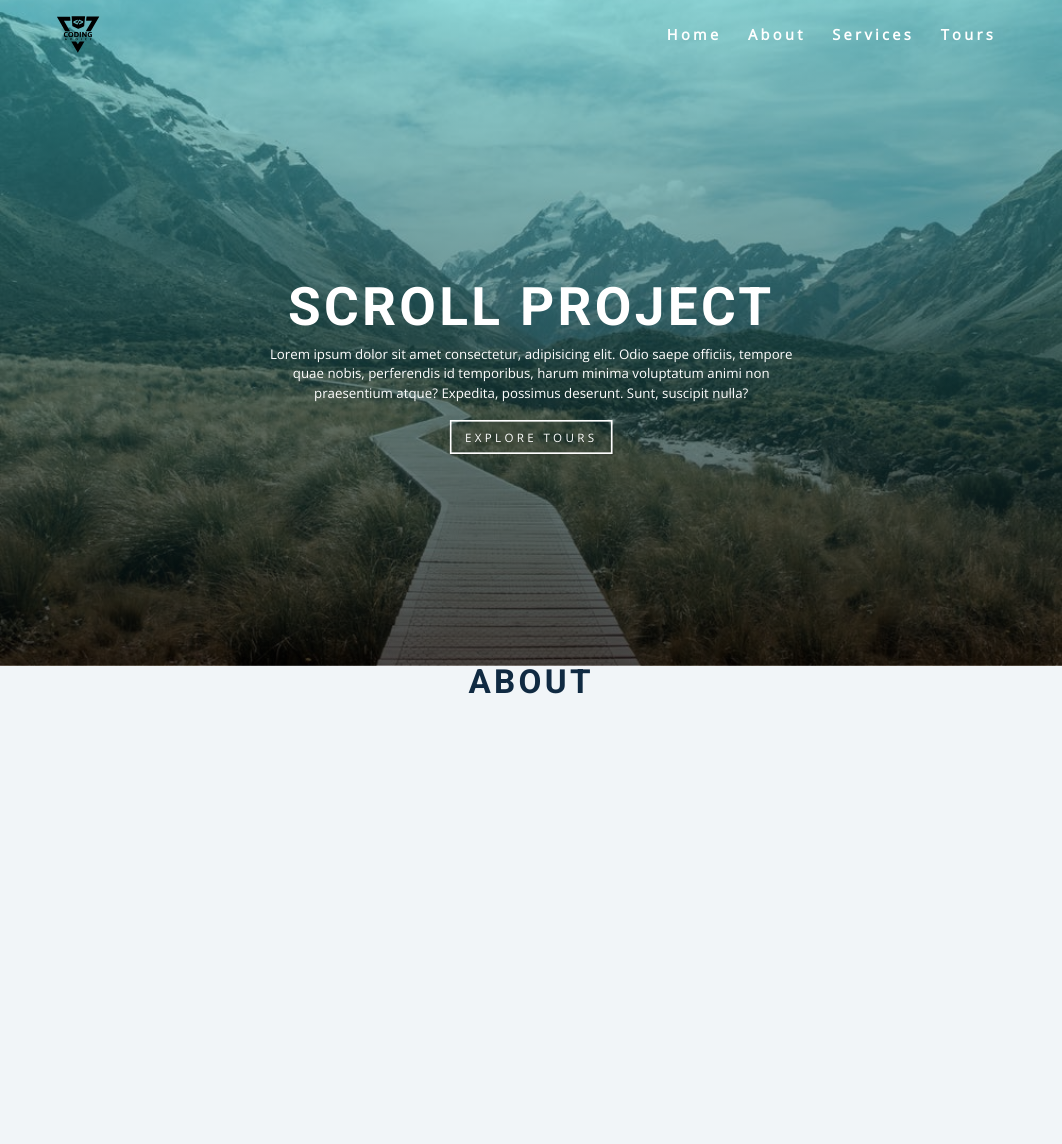
Repository: spidero7/Scroll
Page: index.html
These files come from the project's save history. The page is drawn as it stood at one moment and after a run of saves; the edit follows.
The browser window is 1280 px wide. The pictures show the whole page, at 83% of full size.
Some web libraries are served in a nearby version.

Above is the page before, as saved 2021-10-07 07:03:13.

After the next 3 saves:
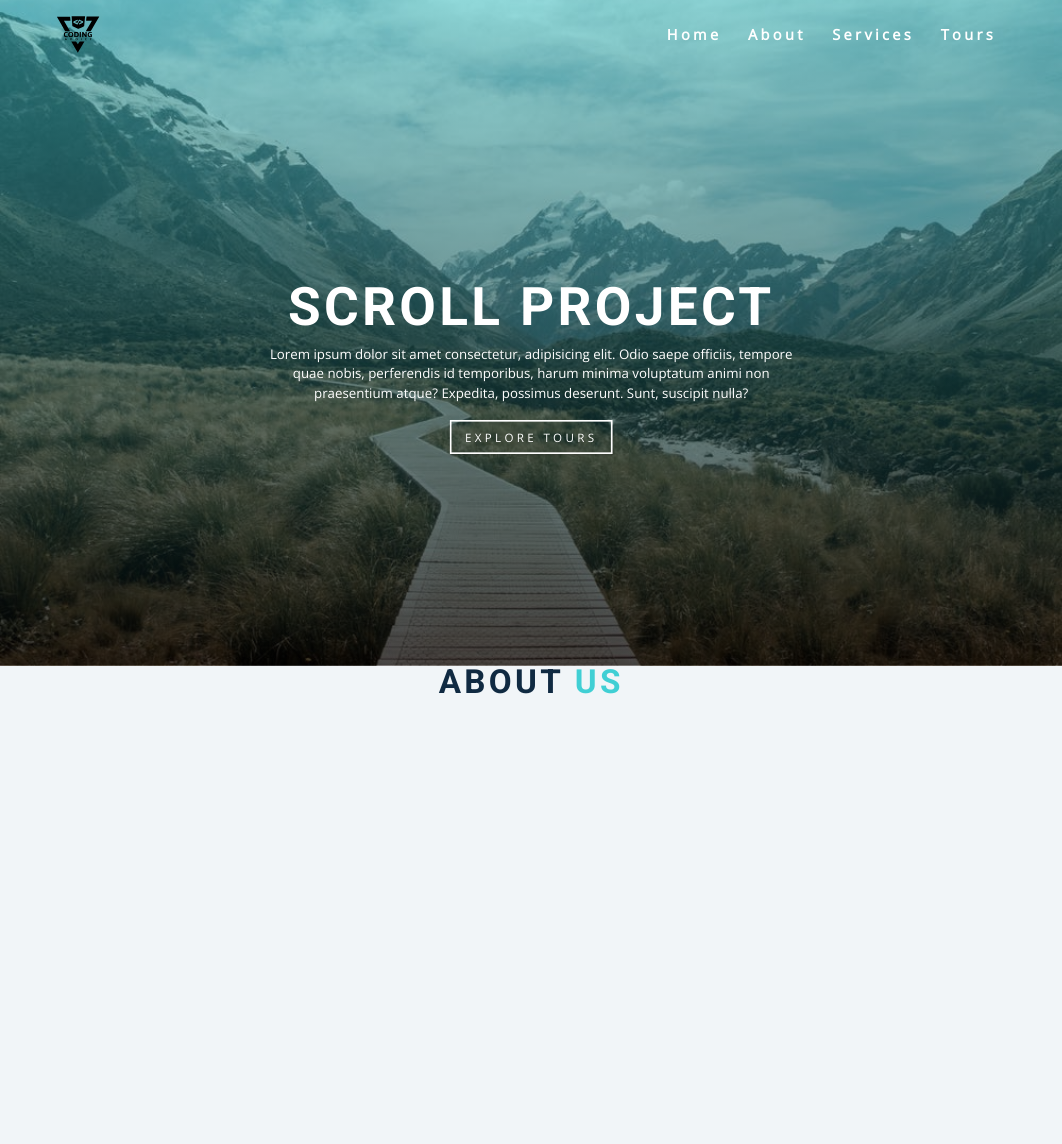
The 3 saves are shown as one change because they came seconds apart.
The last was saved 14 s later.
--- a/index.html
+++ b/index.html
@@ -58,7 +58,7 @@
     <!-- about -->
     <section id="about" class="section">
         <div class="title">
-            <h2>about</h2>
+            <h2>about <span>us</span></h2>
         </div>
     </section>
     <script src="app.js"></script>
